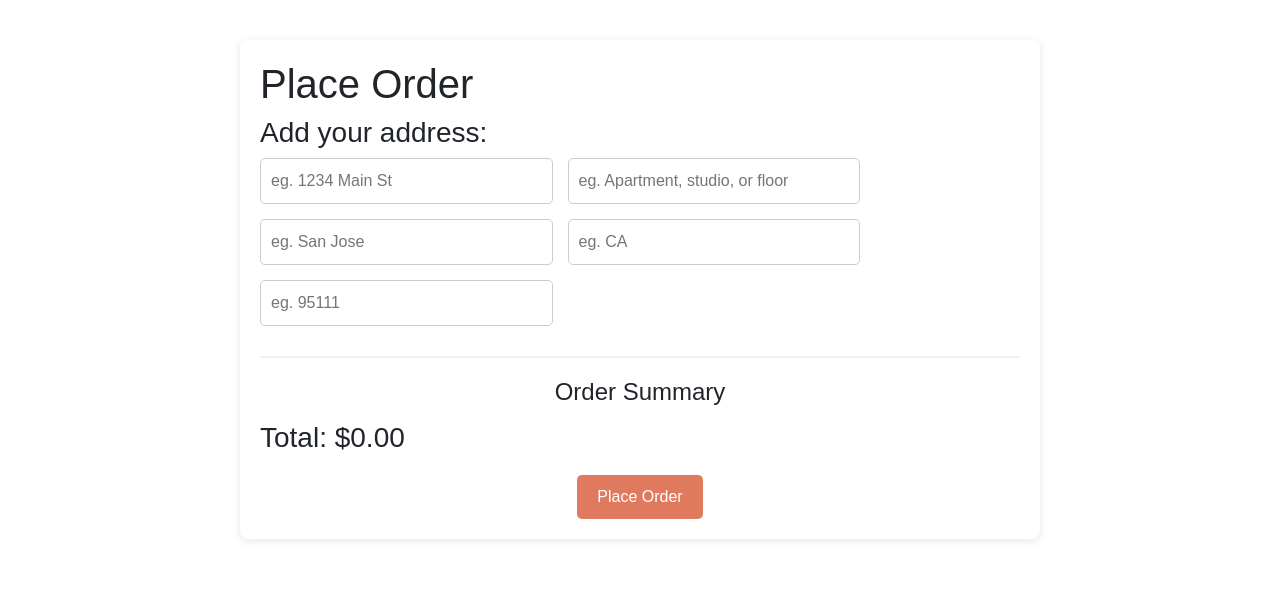
Repository: chelseajaculina/lab2-uber-eats
Page: /order (app in frontend/)
These files come from the project's save history. The page is drawn as it stood at one moment and after a run of saves; the edit follows.
The browser window is 1280 px wide. The pictures show the whole page.
The page's requests for data from a server got no answer. The project was rebuilt for these pictures with package versions that can differ from the ones it lists, and the page was loaded fresh each time. No one was signed in, and anything a server would have sent is missing. Also part of the build but not shown: frontend/src/components/Home.css, frontend/src/components/Logout.css, frontend/src/components/Logout.js, frontend/src/components/CartModal.css, frontend/src/components/CartModal.js, frontend/src/components/NavBarHome.js, frontend/src/components/Home.js, frontend/src/components/CustomerSignUp.js and 25 more.

Above is the page before, as saved 2024-11-21 17:13:10.

### frontend/src/components/OrderPage.js
import React, { useState, useEffect } from 'react';
import { useLocation, useNavigate } from 'react-router-dom';
import './OrderPage.css';

const OrderPage = () => {
  const location = useLocation();
  const navigate = useNavigate();
  const cart = location.state?.cart || []; // Retrieve cart data from navigation state

  const [addresses, setAddresses] = useState([]);
  const [selectedAddress, setSelectedAddress] = useState('');
  const [isOrderPlaced, setIsOrderPlaced] = useState(false); // State to track if the order is placed

  const calculateTotal = () =>
    cart.reduce((total, item) => total + (parseFloat(item.price) || 0) * item.quantity, 0).toFixed(2);

  // Fetch saved addresses from the backend
  useEffect(() => {
    const fetchAddresses = async () => {
      try {
        const response = await fetch('/api/customers/addresses', {
          method: 'GET',
          headers: {
            'Content-Type': 'application/json',
            Authorization: `Bearer ${localStorage.getItem('token')}`, // Add token if needed
          },
        });

        if (response.ok) {
          const data = await response.json();
          setAddresses(data.addresses || []);
        } else {
          console.error('Failed to fetch addresses');
        }
      } catch (error) {
        console.error('Error fetching addresses:', error);
      }
    };

    fetchAddresses();
  }, []);

  const handlePlaceOrder = () => {
    // Simulate an API call to place the order
    setTimeout(() => {
      setIsOrderPlaced(true); // Set order placed to true
    }, 1000); // Simulate delay for API call
  };

  return (
    <div className="order-page">
      <h1>Place Order</h1>
      <h3>Add your address:</h3>
      <form className="new-address-form">
        <input type="text" name="street" placeholder="eg. 1234 Main St" />
        <input type="text" name="apartment" placeholder="eg. Apartment, studio, or floor" />
        <input type="text" name="city" placeholder="eg. San Jose" />
        <input type="text" name="state" placeholder="eg. CA" />
        <input type="text" name="zipcode" placeholder="eg. 95111" />
        {/* <button type="submit">Submit</button> */}
      </form>
      <div className="order-summary">
        <h2>Order Summary</h2>
        {cart.map((item) => (
          <div key={item.id} className="summary-item">
            <span>{item.name}</span>
            <span>Qty: {item.quantity}</span>
            <span>${(parseFloat(item.price) * item.quantity).toFixed(2)}</span>
          </div>
        ))}
        <h3>Total: ${calculateTotal()}</h3>
        {!isOrderPlaced && (
          <button className="place-order-button" onClick={handlePlaceOrder}>
            Place Order
          </button>
        )}
      </div>
      {isOrderPlaced && (
        <div className="confirmation-message">
          <h3>Congratulations!</h3>
          <p>
            Your order has been placed! Stay hungry, our delivery executive will
            be assigned shortly.
          </p>
          <button onClick={() => navigate('/')} className="dashboard-button">
            Go to Dashboard
          </button>
        </div>
      )}
    </div>
  );
};

export default OrderPage;

### frontend/src/components/SignUp.css
/* Shared container styling for login and signup */
.signup-container {
    display: flex;
    flex-direction: column;
    align-items: center;
    padding: 20px;
    width: 100%;
    background-color: #f7f7f7; /* Light gray background */
}

/* Shared header styling for both signup and login */
.signup-header {
    background-color: transparent;
    width: 100%;
    text-align: center;
    padding: 10px;
}

/* Brand title styling for consistency */
.brand-title {
    color: #000; /* Black color for "Uber" */
    font-size: 24px;
}

.brand-title span {
    color: #34a853; /* Green color for "Eats" */
}

/* Container to hold both forms side by side */
.signup-forms {
    display: flex;
    justify-content: space-between;
    width: 80%;
    max-width: 1200px;
    gap: 20px; /* Space between the two forms */
    margin-top: 20px;
}

/* Styling for each individual form container */
.form-container {
    flex: 1;
    background-color: white;
    padding: 20px;
    border-radius: 10px;
    box-shadow: 0 4px 10px rgba(0, 0, 0, 0.1);
    text-align: center;
}

/* Shared form styling for inputs and buttons */
.signup-form, .login-form {
    display: flex;
    flex-direction: column;
    width: 100%;
    margin-top: 20px;
}

.signup-form h2, h2 {
    text-align: center;
    font-size: 18px;
    margin-bottom: 10px;
    color: #333;
}

.signup-form input,  input {
    width: 100%;
    padding: 12px;
    margin: 8px 0;
    border-radius: 8px;
    border: 1px solid #ccc;
    font-size: 16px;
}

.continue-button {
    background-color: black;
    color: white;
    padding: 12px;
    border: none;
    border-radius: 8px;
    font-size: 16px;
    cursor: pointer;
    margin-top: 10px;
}

.divider {
    display: flex;
    align-items: center;
    text-align: center;
    margin: 20px 0;
}

.line {
    flex: 1;
    height: 1px;
    background-color: #ccc;
    border: none;
}



.google-button, .apple-button, .qr-code-button {
    display: flex;
    align-items: center;
    justify-content: center;
    background-color: #f5f5f5;
    color: black;
    padding: 12px;
    margin: 8px 0;
    border-radius: 8px;
    border: 1px solid #ccc;
    font-size: 16px;
    cursor: pointer;
}

.google-button img, .apple-button img, .qr-code-button img {
    width: 20px;
    height: 20px;
    margin-right: 10px;
}

.disclaimer {
    font-size: 12px;
    color: gray;
    text-align: center;
    margin-top: 10px;
    line-height: 1.5;
}

.link-button {
    color: #000;
    font-weight: bold;
    text-decoration: none;
    cursor: pointer;
    background: #000;  /* Remove default background */
    border: none;      /* Remove default border */
    padding: 0.5rem;   /* Optional padding to make it look button-like */
    color: #fff;
}

/* Responsive design for smaller screens */
@media (max-width: 768px) {
    .signup-forms {
        flex-direction: column;
        align-items: center;
    }

    .form-container {
        width: 100%;
        margin-bottom: 20px;
    }
}


/* Stretch buttons across form container */
.google-button, .apple-button, .qr-code-button {
    display: flex;
    align-items: center;
    justify-content: center;
    background-color: #f5f5f5;
    color: black;
    padding: 12px;
    margin: 8px 0;
    border-radius: 8px;
    border: 1px solid #ccc;
    font-size: 16px;
    cursor: pointer;
    width: 100%; /* Make buttons full width */
    max-width: 300px; /* Optional max-width to keep buttons from getting too wide */
}

/* Center the buttons within the form container */
.signup-form, .login-form {
    display: flex;
    flex-direction: column;
    align-items: center; /* Center all elements horizontally */
    width: 100%;
    margin-top: 20px;
}

/* Center the button icon */
.google-button .icon, .apple-button .icon, .qr-code-button .icon {
    margin-right: 10px;
    font-size: 20px;
}

### frontend/src/components/CustomerProfile.css
/* Main Container */
.dashboard-container {
    display: flex;
    font-family: Arial, sans-serif;
  }

  /* Sidebar */
  .sidebar {
    width: 250px;
    background-color: #000;
    color: #fff;
    padding: 20px;
    min-height: 100vh;
  }

  .sidebar h2 {
    font-size: 1.2em;
    margin-bottom: 20px;
    color: #fff;
  }

  .sidebar ul {
    list-style-type: none;
    padding: 0;
  }

  .sidebar ul li {
    padding: 15px 0;
    color: #ccc;
    cursor: pointer;
  }

  .sidebar ul li:hover,
  .sidebar ul li.active {
    color: #fff;
    background-color: #333;
    padding-left: 10px;
    border-radius: 5px;
  }

  /* Content Section */
  .content {
    flex: 1;
    padding: 40px;
  }

  .content h1 {
    font-size: 2em;
    font-weight: bold;
    margin-bottom: 20px;
  }

  /* Form Styling */
  form {
    display: flex;
    flex-direction: column;
    gap: 15px;
    max-width: 600px;
    margin-bottom: 30px;
  }

  form label {
    font-weight: bold;
    margin-bottom: 5px;
  }

  form input[type="text"],
  form input[type="date"],
  form input[type="email"],
  form input[type="tel"],
  form select {
    width: 100%;
    padding: 10px;
    border: 1px solid #ccc;
    border-radius: 5px;
  }

  form button {
    padding: 10px 15px;
    background-color: #28a745;
    color: #fff;
    border: none;
    border-radius: 5px;
    cursor: pointer;
  }

  form button:hover {
    background-color: #000;
  }

  /* Profile Picture Section */
  .profile-section {
    display: flex;
    align-items: center;
    gap: 10px;
    margin-bottom: 20px;
  }

  .profile-picture {
    width: 100px;
    height: 100px;
    border-radius: 75%;
    object-fit: cover;
    border: 1px solid #ccc;
  }

  .profile-picture-input {
    margin-top: 10px;
  }

  .profile-picture-btn {
    padding: 8px 12px;
    background-color: #28a745;
    color: #fff;
    border: none;
    border-radius: 5px;
    cursor: pointer;
    margin-top: 10px;
  }

  .profile-picture-btn:hover {
    background-color: #000000;
  }

  /* Favorites Section */
  .favorites-section {
    margin-top: 30px;
  }

  .favorites-section h2 {
    font-size: 1.5em;
    font-weight: bold;
    margin-bottom: 10px;
  }

  .favorites-section ul {
    list-style-type: none;
    padding: 0;
  }

  .favorites-section li {
    padding: 10px 0;
    border-bottom: 1px solid #eee;
  }

  /* Edit Icon Styling (optional) */
  .edit-icon {
    cursor: pointer;
    font-size: 1.2em;
    color: #007bff;
    background: #fff;
    border-radius: 50%;
    padding: 5px;
    border: 1px solid #007bff;
  }

### frontend/src/components/Welcome.css
/* General Reset */
* {
    margin: 0;
    padding: 0;
    box-sizing: border-box;
    font-family: Arial, Helvetica, sans-serif;
}

/* Container */
.landing-container {
    width: 100%;
    height: 100vh;
    background: url('/public/images/landing-bg.jpg') center/cover no-repeat;
    color: #000;
    display: flex;
    flex-direction: column;
    margin: 0;
    padding: 0;
}

/* Navigation Bar */
.navbar {
    display: flex;
    justify-content: space-between;
    align-items: center;
    padding: 1rem 2rem;
    background-color: transparent; /* Keep background transparent if desired */
    border-bottom: none; /* Ensure no bottom border */
    box-shadow: none; /* Ensure no shadow */
}


.navbar-left {
    display: flex;
    align-items: center;
    background-color: transparent;
}

.menu-button {
    font-size: 1.5rem;
    background: none;
    border: none;
    cursor: pointer;
    margin-right: 1rem;
    color: #000; /* White icon color */
}

.menu-button:focus {
    outline: none; /* Remove focus outline */
}

.brand-title {
    font-weight: bold;
    font-size: 1.5rem;
    color: #000;
}

.navbar-right {
    display: flex;
    align-items: center;
    background-color: transparent;
}

.navbar-right button {
    padding: 0.5rem 1rem;
    cursor: pointer;
    font-size: 1rem;
    margin-left: 1rem;
    border-radius: 5px;
    border: none; /* Ensure there is no border for solid button effect */
}

/* Log in Button - White with Black Border */
.login-button {
    background-color: #fff;          /* White background */
    color: #000;                     /* Black text */
    border: 1px solid #000;          /* Black border */
    border-radius: 5px;              /* Slightly rounded corners */
}

/* Sign up Button - Green with White Text */
.signup-button {
    background-color: #00ff80;  /* Green background */
    color: #fff;                     /* White text */
    border-radius: 5px;              /* Slightly rounded corners */
}

/* Hero Section */
.hero-section {
    display: flex;
    flex-direction: column;
    align-items: left;
    margin-top: 6rem;
    padding: 2rem;
    color: #000;
}

.hero-section h1 {
    font-size: 3rem;
    font-weight: bold;
    margin-bottom: 2rem;
}

/* Address Input Section */
.address-input-section {
    display: flex;
    align-items: center;
    gap: 1rem;
    width: 100%;
    max-width: 800px;
}

.input-box {
    display: flex;
    align-items: center;
    background: #fff;
    padding: 0.5rem;
    border-radius: 8px;
    flex-grow: 1;
    border: 1px solid #ddd;
}

.input-box .icon {
    margin-right: 0.5rem;
    color: #666;
}

.input-box input {
    border: none;
    outline: none;
    width: 100%;
    font-size: 1rem;
    padding: 0.5rem 0;
}

.delivery-time-dropdown {
    display: flex;
    align-items: center;
    background: #fff;
    padding: 0.5rem;
    border-radius: 8px;
    border: 1px solid #ddd;
}

.delivery-time-dropdown .icon {
    margin-right: 0.5rem;
    color: #666;
}

.delivery-time-dropdown select {
    border: none;
    outline: none;
    font-size: 1rem;
    background: transparent;
}

/* Search Button */
.search-button {
    background-color: #000;
    color: #fff;
    padding: 0.75rem 1.5rem;
    border: none;
    cursor: pointer;
    border-radius: 8px;
    font-weight: bold;
}

/* Sign In Link */
.signin-link {
    margin-top: 1rem;
    font-size: 1rem;
    color: #666;
}

.signin-link a {
    color: #000;
    font-weight: bold;
    text-decoration: none;
}

.signin-link a:hover {
    text-decoration: underline;
}

.link-button {
    color: #000;
    font-weight: bold;
    text-decoration: none;
    cursor: pointer;
    background: none;  /* Remove default background */
    border: none;      /* Remove default border */
    padding: 0.5rem;   /* Optional padding to make it look button-like */
}

.link-button:hover {
    text-decoration: underline; /* Add underline on hover */
}

### frontend/src/components/RestaurantProfile.css
/* Main Container */
.dashboard-container {
    display: flex;
    font-family: Arial, sans-serif;
  }

  /* Sidebar */
  .sidebar {
    width: 250px;
    background-color: #000;
    color: #fff;
    padding: 20px;
    min-height: 100vh;
  }

  .sidebar h2 {
    font-size: 1.2em;
    margin-bottom: 20px;
    color: #fff;
  }

  .sidebar ul {
    list-style-type: none;
    padding: 0;
  }

  .sidebar ul li {
    padding: 15px 0;
    color: #ccc;
    cursor: pointer;
  }

  .sidebar ul li:hover,
  .sidebar ul li.active {
    color: #fff;
    background-color: #333;
    padding-left: 10px;
    border-radius: 5px;
  }

  /* Content Section */
  .content {
    flex: 1;
    padding: 40px;
  }

  .content h1 {
    font-size: 2em;
    font-weight: bold;
    margin-bottom: 20px;
  }

  /* Form Styling */
  form {
    display: flex;
    flex-direction: column;
    gap: 15px;
    max-width: 600px;
    margin-bottom: 30px;
  }

  form label {
    font-weight: bold;
    margin-bottom: 5px;
  }

  form input[type="text"],
  form input[type="date"],
  form input[type="email"],
  form input[type="tel"],
  form select {
    width: 100%;
    padding: 10px;
    border: 1px solid #ccc;
    border-radius: 5px;
  }

  form button {
    padding: 10px 15px;
    background-color: #28a745;
    color: #fff;
    border: none;
    border-radius: 5px;
    cursor: pointer;
  }

  form button:hover {
    background-color: #000;
  }

  /* Profile Picture Section */
  .profile-section {
    display: flex;
    align-items: center;
    gap: 10px;
    margin-bottom: 20px;
  }

  .profile-picture {
    width: 100px;
    height: 100px;
    border-radius: 75%;
    object-fit: cover;
    border: 1px solid #ccc;
  }

  .profile-picture-input {
    margin-top: 10px;
  }

  .profile-picture-btn {
    padding: 8px 12px;
    background-color: #28a745;
    color: #fff;
    border: none;
    border-radius: 5px;
    cursor: pointer;
    margin-top: 10px;
  }

  .profile-picture-btn:hover {
    background-color: #000000;
  }

  /* Favorites Section */
  .favorites-section {
    margin-top: 30px;
  }

  .favorites-section h2 {
    font-size: 1.5em;
    font-weight: bold;
    margin-bottom: 10px;
  }

  .favorites-section ul {
    list-style-type: none;
    padding: 0;
  }

  .favorites-section li {
    padding: 10px 0;
    border-bottom: 1px solid #eee;
  }

  /* Edit Icon Styling (optional) */
  .edit-icon {
    cursor: pointer;
    font-size: 1.2em;
    color: #007bff;
    background: #fff;
    border-radius: 50%;
    padding: 5px;
    border: 1px solid #007bff;
  }

### frontend/src/components/RestaurantMenu.css
/* General Reset */
* {
  margin: 0;
  padding: 0;
  box-sizing: border-box;
  font-family: Arial, Helvetica, sans-serif;
}

/* Container for the entire menu section */
.restaurant-menu {
  width: 100%;
  padding: 20px;
  display: flex;
  flex-direction: column;
  align-items: center;
  background-color: #f5f5f5;
}

/* Title of the menu */
.menu-title {
  font-size: 2rem;
  margin-bottom: 20px;
  color: #333;
}

/* Section for the add dish button */
.add-dish-section {
  width: 100%;
  display: flex;
  justify-content: center;
  margin-bottom: 20px;
}

.add-dish-button {
  padding: 10px 20px;
  font-size: 1rem;
  background-color: black;
  color: white;
  border: none;
  border-radius: 5px;
  cursor: pointer;
  transition: background-color 0.3s;
}

.add-dish-button:hover {
  background-color: #333;
}

/* Dishes list */
.dishes-list {
  width: 100%;
  display: flex;
  flex-wrap: wrap;
  justify-content: center;
  gap: 20px;
}

/* Individual dish card */
.dish-card {
  background-color: white;
  width: 250px;
  padding: 10px;
  border-radius: 10px;
  box-shadow: 0 4px 8px rgba(0, 0, 0, 0.1);
  text-align: center;
  display: flex;
  flex-direction: column;
  align-items: center;
}

.dish-image {
  width: 100%;
  height: 180px;
  object-fit: cover;
  border-radius: 10px;
  margin-bottom: 10px;
}

.dish-card h3 {
  font-size: 1.2rem;
  color: #333;
}

.dish-card p {
  font-size: 0.9rem;
  color: #555;
}

.dish-card strong {
  color: #000;
}

/* Modal overlay */
.modal-overlay {
  position: fixed;
  top: 0;
  left: 0;
  width: 100%;
  height: 100%;
  background-color: rgba(0, 0, 0, 0.5);
  display: flex;
  justify-content: center;
  align-items: center;
}

/* Modal content */
.modal-content {
  background-color: white;
  padding: 20px;
  width: 400px;
  border-radius: 10px;
  box-shadow: 0 4px 8px rgba(0, 0, 0, 0.2);
}

.modal-content h2 {
  font-size: 1.5rem;
  margin-bottom: 20px;
  color: #333;
}

.dish-form {
  display: flex;
  flex-direction: column;
  gap: 10px;
}

.dish-form input,
.dish-form select,
.dish-form textarea {
  padding: 10px;
  font-size: 1rem;
  border: 1px solid #ccc;
  border-radius: 5px;
  width: 100%;
  box-sizing: border-box;
}

.dish-form textarea {
  resize: vertical;
  height: 100px;
}

.form-buttons {
  display: flex;
  justify-content: space-between;
}

.save-button {
  background-color: #00cc66;
  color: white;
  padding: 10px 20px;
  border: none;
  border-radius: 5px;
  cursor: pointer;
  transition: background-color 0.3s;
}

.save-button:hover {
  background-color: #00a653;
}

.cancel-button {
  background-color: #ccc;
  color: #333;
  padding: 10px 20px;
  border: none;
  border-radius: 5px;
  cursor: pointer;
  transition: background-color 0.3s;
}

.cancel-button:hover {
  background-color: #bbb;
}

/* Price input styling */
.price-input {
  display: flex;
  align-items: center;
}

.price-input span {
  margin-right: 10px;
  font-size: 1rem;
  color: #333;
}

/* Loading message */
.loading {
  text-align: center;
  font-size: 1.2rem;
  color: #333;
}

### frontend/src/components/OrderPage.css
.order-page {
    max-width: 800px;
    margin: 40px auto;
    background-color: white;
    padding: 20px;
    border-radius: 8px;
    box-shadow: 0 2px 10px rgba(0, 0, 0, 0.1);
  }

  .order-page h2 {
    font-size: 1.8rem;
    margin-bottom: 20px;
    text-align: center;
  }

  .address-dropdown {
    width: 100%;
    padding: 10px;
    border: 1px solid #ccc;
    border-radius: 5px;
    margin-bottom: 20px;
  }

  .new-address-form {
    display: grid;
    grid-template-columns: 1fr 1fr;
    gap: 15px;
    margin-bottom: 20px;
  }

  .new-address-form input {
    width: 100%;
    padding: 10px;
    border: 1px solid #ccc;
    border-radius: 5px;
  }

  .new-address-form button {
    grid-column: span 2;
    background-color: #3d5a80;
    color: white;
    border: none;
    padding: 10px;
    border-radius: 5px;
    cursor: pointer;
  }

  .new-address-form button:hover {
    opacity: 0.9;
  }

  .order-summary {
    margin-top: 30px;
    border-top: 2px solid #f0f0f0;
    padding-top: 20px;
  }

  .order-summary h2 {
    font-size: 1.5rem;
    margin-bottom: 15px;
  }

  .summary-item {
    display: flex;
    justify-content: space-between;
    padding: 10px 0;
    border-bottom: 1px solid #f0f0f0;
  }

  .summary-item:last-child {
    border-bottom: none;
  }

  .place-order-button {
    background-color: #e07a5f;
    color: white;
    border: none;
    padding: 10px 20px;
    border-radius: 5px;
    cursor: pointer;
    display: block;
    margin: 20px auto 0;
    font-size: 1rem;
  }

  .place-order-button:hover {
    opacity: 0.9;
  }

  .confirmation-message {
    margin-top: 20px;
    padding: 20px;
    border: 1px solid #d4edda;
    background-color: #d4edda;
    color: #155724;
    border-radius: 5px;
    text-align: center;
  }

  .dashboard-button {
    margin-top: 10px;
    padding: 10px 20px;
    background-color: #007bff;
    color: white;
    border: none;
    border-radius: 5px;
    cursor: pointer;
  }

  .dashboard-button:hover {
    opacity: 0.9;
  }

Loaded but not shown: frontend/public/index.html (common file); frontend/src/App.js (86 lines, source omitted); frontend/src/contexts/CartContext.js (42 lines, source omitted); frontend/src/index.js (14 lines, source omitted); frontend/src/components/NavBar.css (372 lines, source omitted); frontend/src/components/NavBarBusiness.css (260 lines, source omitted)

After the next 3 saves:
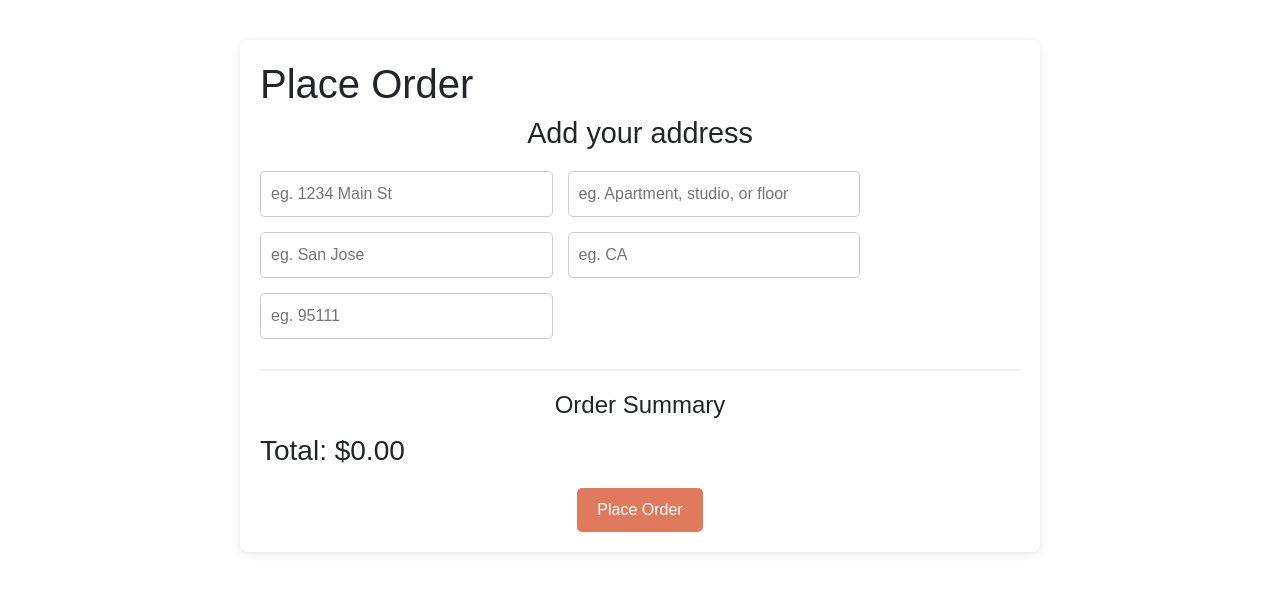
The 3 saves are shown as one change because they came seconds apart.
The last was saved 9 s later.
--- a/frontend/src/components/OrderPage.js
+++ b/frontend/src/components/OrderPage.js
@@ -50,7 +50,7 @@ const OrderPage = () => {
   return (
     <div className="order-page">
       <h1>Place Order</h1>
-      <h3>Add your address:</h3>
+      <h2>Add your address</h2>
       <form className="new-address-form">
         <input type="text" name="street" placeholder="eg. 1234 Main St" />
         <input type="text" name="apartment" placeholder="eg. Apartment, studio, or floor" />
